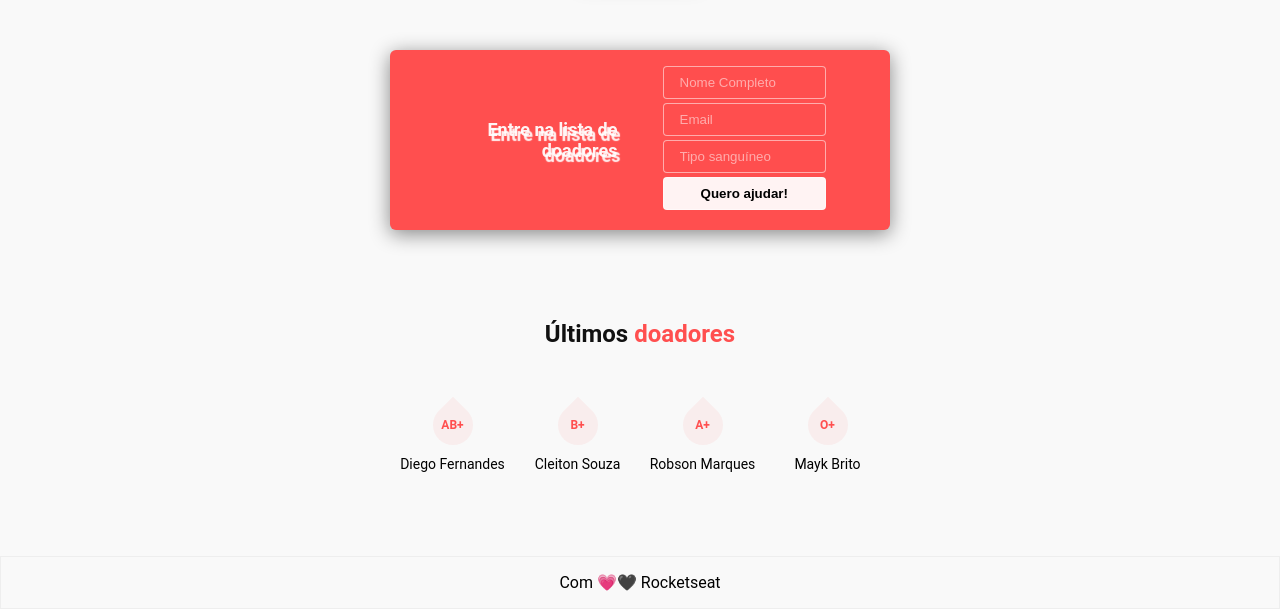
Repository: lucas-silva-dev/Doe
Page: index.html
The author's editor kept a copy of each file at every save. The page is drawn from the files as they stood at one save, then again after a run of saves.
The browser window is 1280 px wide. The pictures show the part of the page from y = 459 to 1068 px (the page is 1068 px tall).
A picture or video elsewhere on the page could not be fetched, so the positions and the page height are approximate. Some web fonts or font styles are not loaded; a fallback is used.

Above is the page before, as saved 2020-02-18 17:43:21.

### index.html
<!DOCTYPE html>
<!-- HTML
  HYPERTEXT
    Texto que contém links para outros documentos

  MARKUP
    Texto conterá marcações
    <tags>

  LANGUAGE
    Para comunicar de certa maneira. Sintaxe específica
-->
<html>

<head>
  <!-- são as configurações da minha página-->
  <title>Doe sangue! Doe vida!</title>

  <link rel="stylesheet" href="style.css">
  <link href="https://fonts.googleapis.com/css?family=Asap|Asap+Condensed&display=swap" rel="stylesheet">

</head>

<body>
  <!-- Aqui vem todo conteúdo visível para o usuário, dentro de certa página-->
  <header>
    <img class="logo" src="logo.png" alt="Imagem de DOE">
    <h2>A sua doação importa</h2>
    <p>Até 3 vidas com 1 doação</p>
    <p>Mais de 38.00 doações são necessárias todos os dias</p>
    <p>Apenas 1.9% da população brasileira, doa sangue</p>
    <button>Quero ajudar!</button>
  </header>

  <section class="form">
    <h2>Entre na lista de doadores</h2>
    <form action="/">
      <input type="text" name="name" placeholder="Nome Completo">
      <input type="text" name="email" placeholder="Email">
      <input type="text" name="blood" placeholder="Tipo sanguíneo">
      <button type="submit">Quero ajudar!</button>
    </form>
  </section>

  <main>
    <h2>Últimos <span>doadores</span></h2>

    <section class="donors">
      <div class="donor">
        <div class="blood">AB+</div>
        <p>Diego Fernandes</p>
      </div>
      <div class="donor">
        <div class="blood">B+</div>
        <p>Cleiton Souza</p>
      </div>
      <div class="donor">
        <div class="blood">A+</div>
        <p>Robson Marques</p>
      </div>
      <div class="donor">
        <div class="blood">O+</div>
        <p>Mayk Brito</p>
      </div>
    </section>
  </main>

  <footer> Com 💗🖤 Rocketseat</footer>
  <script src="scripts.js"></script>
</body>

</html>

### style.css
/*
  CASCADING STYLESHEET
*/

/* GLOBAL */
* {
  /* corrigindo comportamento padrão css */
  box-sizing: border-box;
}

html,
body {
  margin: 0;
  box-sizing: border-box;
}

body {
  display: flex;
  flex-direction: column;
  height: 100vh;

  font-family: "Roboto", sans-serif;
  background-color: #f9f9f9;
}

h1,
h2 {
  color: #000e;
}

/* TITULOS */
header h1,
main h2 {
  margin-bottom: 70px;
}

main h2 span {
  color: #ff4f4f;
}

.form h2 {
  text-align: right;
  color: #fffe;
  font-size: 18px;
  text-shadow: 3px 5px 1px;
}

/* ESTRUTURA */
header,
main,
footer {
  /* alinhamento de textos */
  text-align: center;
}

header,
.form,
main {
  /* espaçamentos com margin */
  margin: 0 auto 70px;

  /* limites dos elementos */
  width: 90%;
  max-width: 500px;
}

/* HEADER */

header button {
  margin-top: 16px;
  padding: 8px 16px;
  border-radius: 4px;
  border: none;

  background-color: #ff4f4f;
  color: #fff;
  font-weight: bold;
  box-shadow: 0px 4px 20px 0 #0004;
}

header button:active {
  background-color: #ff4f2f;
  padding: 12px 20px;
}

.logo {
  width: 120px;
  margin: 70px 0;
}

header p {
  font-size: 14px;
}

/* FORM */
section.form {
  display: grid;
  grid-template-columns: 1fr 1fr;
  align-items: center;
  gap: 45px;

  background-color: #ff4f4f;
  padding: 16px 64px;
  border-radius: 6px;
  box-shadow: 0px 4px 20px 0 #0007;
}

form input,
form button {
  /* largura */
  width: 100%;

  /* espaçamentos */
  margin-bottom: 4px;

  /* preenchimento */
  padding: 8px 16px;

  /* bordas */
  border-radius: 4px;
  border: 1px #fff8 solid;
}

form input {
  /* background-color: transparent; */
  background-color: #ff4f4f11;
  color: #fff;
}

form input::placeholder {
  color: #fff8;
}

form button {
  font-weight: bold;
  background-color: #fffe;
}

form button:active {
  background-color: #eee;
}

/* MAIN */
main .donors {
  display: grid;
  grid-template-columns: 1fr 1fr 1fr 1fr;
}

.blood {
  color: #ff4f4f;
  font-weight: bold;
  font-size: 12px;
  display: flex;
  align-items: center;
  justify-content: center;

  position: relative;
}

.blood::before {
  content: "";
  background-color: #ff4f4f11;
  width: 40px;
  height: 40px;

  position: absolute;
  /*gotinha*/
  border-radius: 50%;
  border-top-right-radius: 0;
  transform: rotate(-45deg);
}

.donor p {
  margin-top: 24px;
  font-size: 14px;
}

/* footer*/
footer {
  margin-top: auto;
  padding: 16px;

  border: 1px solid #eee;
}

/* funcionalidades com javascript */

section.form {
  transition: all 200ms;
}

section.form.hide {
  opacity: 0;
  visibility: hidden;
  height: 0;
  margin-top: -70px;
}

### scripts.js
document.querySelector("header button").addEventListener("click", function() {
  document.querySelector(".form").classList.toggle("hide");
});

After the next 2 saves:
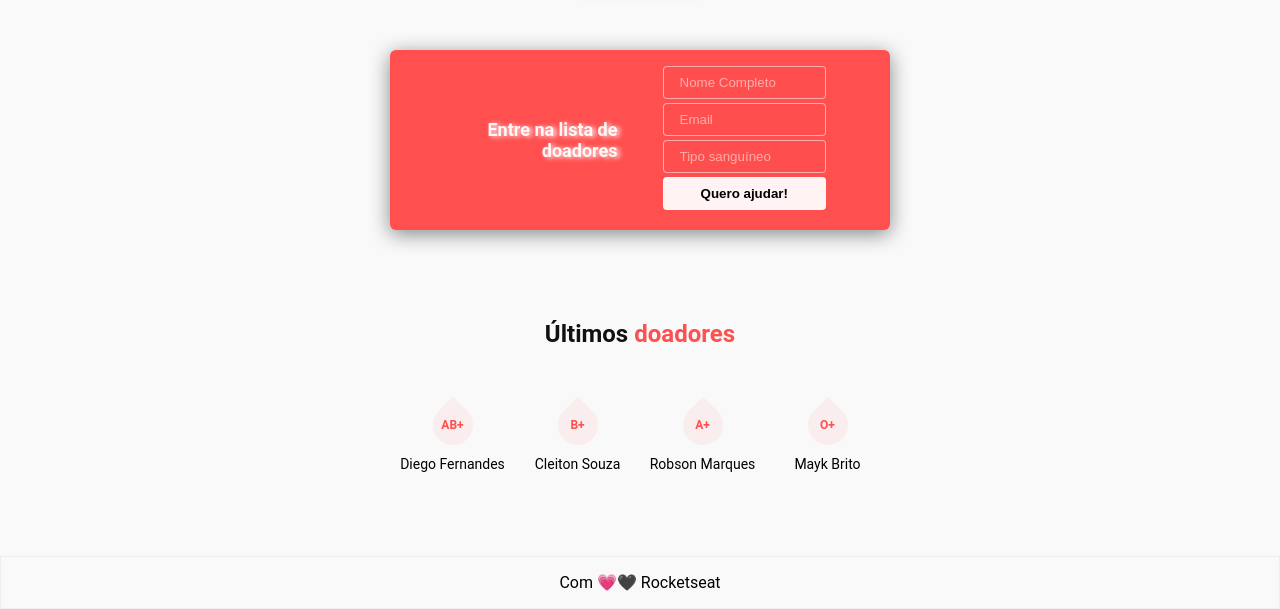
The 2 saves are shown as one change because they came seconds apart.
The last was saved 8 s later.
--- a/style.css
+++ b/style.css
@@ -42,7 +42,7 @@ main h2 span {
   text-align: right;
   color: #fffe;
   font-size: 18px;
-  text-shadow: 3px 5px 1px;
+  text-shadow: 3px 1px 5px;
 }
 
 /* ESTRUTURA */
